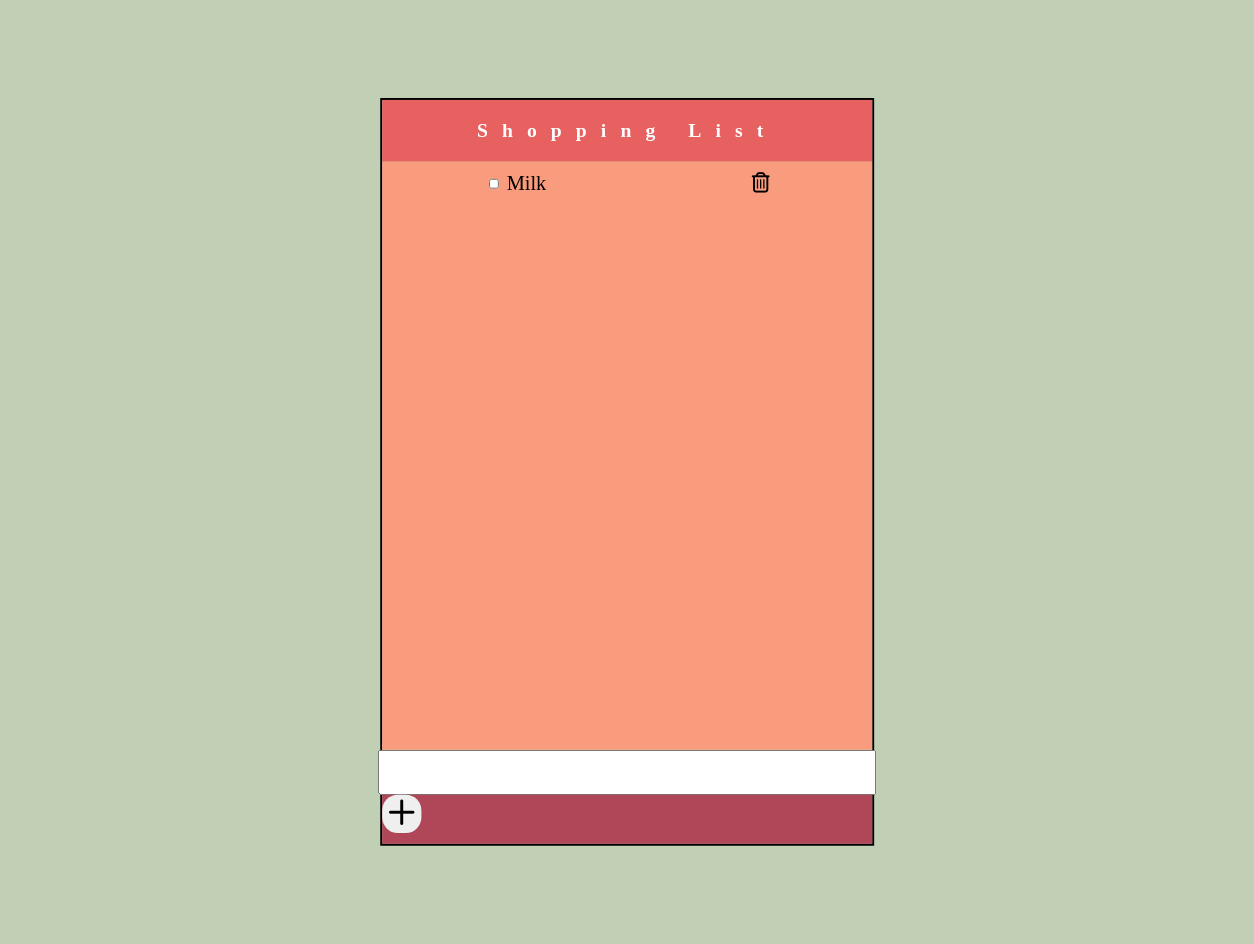
Repository: sephinejo/shopping-list-app
Page: index.html
An editor plug-in stored every save of this project. The page is shown before and after the next save, followed by the edit.
The browser window is 1280 px wide. The pictures show the whole page, at 98% of full size.
Some web fonts or font styles are not loaded; a fallback is used. Some web libraries are served in a nearby version.

Above is the page before, as saved 2023-05-11 22:35:29.

After the next save:
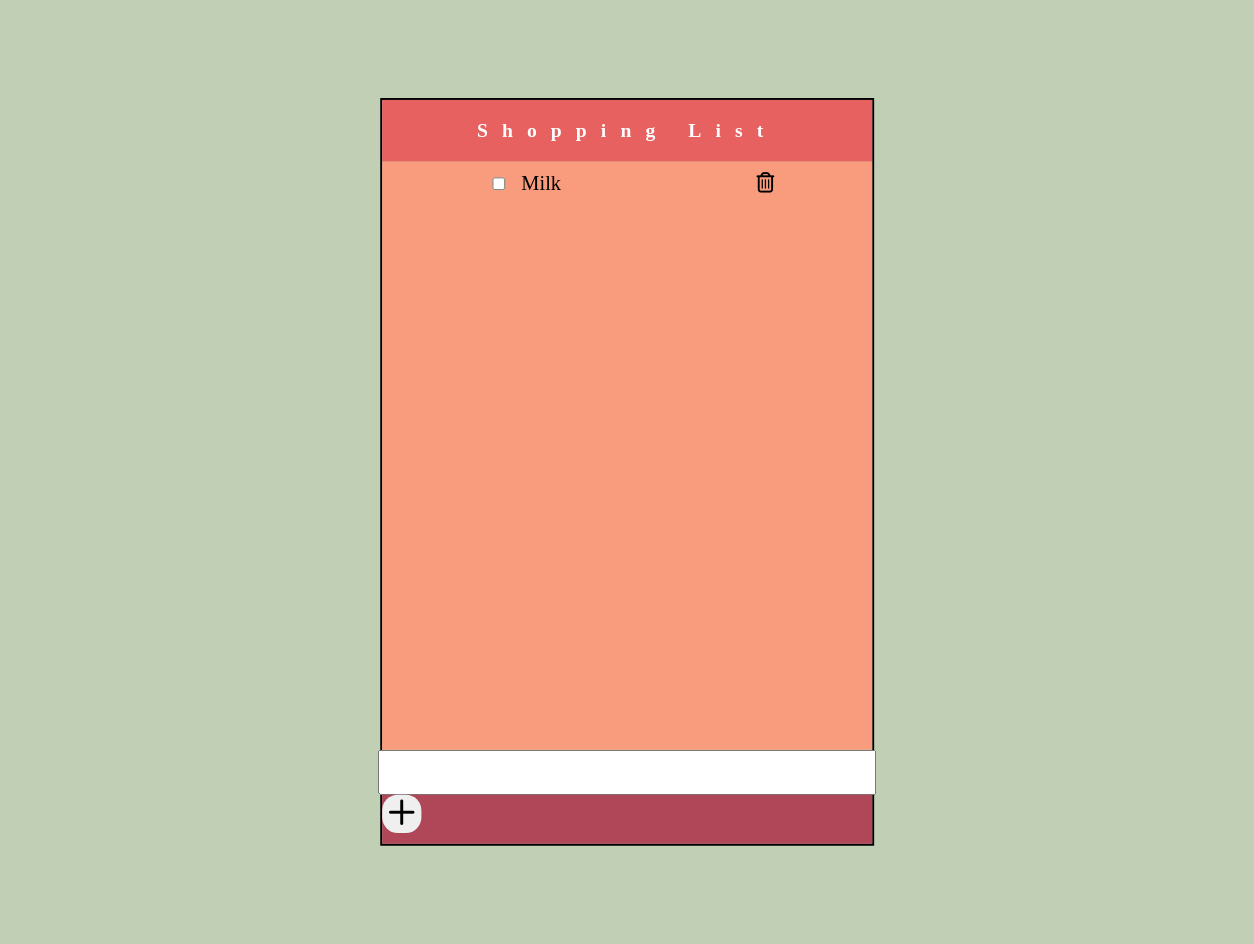
Saved 4 s later.
--- a/style.css
+++ b/style.css
@@ -42,7 +42,7 @@
 }
 
 .checkbox {
-  width: 10px;
+  width: 30px;
 }
 
 .input {
